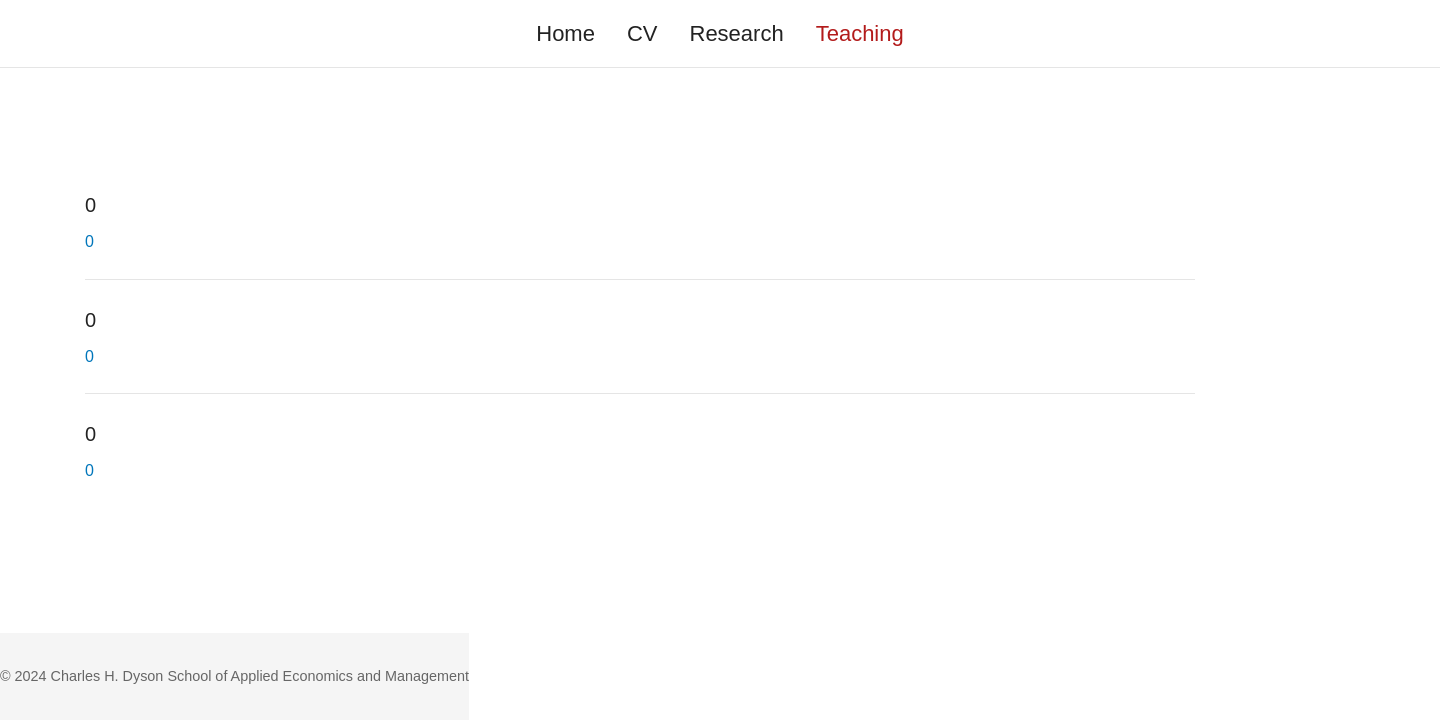
Repository: huang-heavenly-Emperor/k1_project
Page: teaching.html
An editor plug-in stored every save of this project. The page is shown before and after a run of saves, followed by the edit.
The browser window is 1280 px wide. The page is 1440 px wide, so the pictures cover 1440 px, including what lies to the right of the window. The pictures show the whole page.

Above is the page before, as saved 2024-11-17 15:39:34.

### teaching.html
<!DOCTYPE html>
<html lang="en">

<head>
    <meta charset="UTF-8">
    <meta name="viewport" content="width=device-width, initial-scale=1.0">
    <title>Teaching - Cornell University</title>
    <link rel="stylesheet" href="reset.css">
    <link rel="stylesheet" href="common.css">
    <link rel="stylesheet" href="teaching.css">
</head>

<body>
    <header class="site-header">
        <nav class="main-nav">
            <div class="nav-container">
                <ul class="nav-list">
                    <li><a href="./index.html">Home</a></li>
                    <li><a href="./CV_ShanjunLi_Fall2024.pdf" target="_blank">CV</a></li>
                    <li><a href="./research.html">Research</a></li>
                    <li><a href="./teaching.html" class="active">Teaching</a></li>
                </ul>
            </div>
        </nav>
    </header>

    <main class="main-container">
        <section class="courses">
            <div class="course-item">
                <h2>0</h2>
                <a href="#" class="syllabus-link">0</a>
                <!-- <h2>Econometrics I (PhD)</h2>
                <a href="#" class="syllabus-link">Syllabus</a> -->
            </div>

            <div class="course-item">
                <h2>0</h2>
                <a href="#" class="syllabus-link">0</a>
                <!-- <h2>Environmental Economics (UG)</h2>
                <a href="#" class="syllabus-link">Syllabus</a> -->
            </div>

            <div class="course-item">
                <h2>0</h2>
                <a href="#" class="syllabus-link">0</a>
                <!-- <h2>Second-year Research Project for Dyson PhD Students</h2>
                <a href="#" class="syllabus-link">Syllabus</a> -->
            </div>
        </section>
    </main>

    <footer class="footer">
        <div class="footer-container">
            <p>© 2024 Charles H. Dyson School of Applied Economics and Management</p>
        </div>
    </footer>
    <script>
        function openCV() {
            window.open('./CV_ShanjunLi_Fall2024.pdf', '_blank');
        }
    </script>
</body>

</html>

### reset.css
*, *::before, *::after {
    margin: 0;
    padding: 0;
    box-sizing: border-box;
}

html, body {
    height: 100%;
    font-size: 16px;
    line-height: 1.5;
    -webkit-font-smoothing: antialiased;
    -moz-osx-font-smoothing: grayscale;
}

body {
    font-family: Arial, sans-serif;
    color: #333;
}

ul, ol {
    list-style: none;
}

a {
    text-decoration: none;
    color: inherit;
}

img {
    max-width: 100%;
    height: auto;
    display: block;
}

button, input, select, textarea {
    font: inherit;
    color: inherit;
}

h1, h2, h3, h4, h5, h6 {
    font-size: inherit;
    font-weight: inherit;
}

### common.css
body{
  display: flex;
  flex-direction: column;
  align-items: start;
  min-height: 100vh;
  justify-content: space-between;
}

.site-header {
  position: relative;
  width: 1440px;
  height: max-content;
  margin: 0 auto 20px;
  overflow: hidden;

}

.banner {
  height: 320px;
  overflow: hidden;
  position: relative;
}

.banner img {
  width: 100%;
  height: 100%;
  object-fit: cover;
}

nav {
  background-color: var(--background-color);
  border-bottom: 1px solid var(--border-color);

}

nav ul {
  display: flex;
  justify-content: center;
  align-items: center;
  gap: 2rem;
  padding: 1rem 0;
  list-style: none;
}

nav a {
  text-decoration: none;
  color: var(--text-color);
  font-weight: 500;
  font-size: 22px;
  padding: 0.5rem 0;
  transition: color 0.3s;
}

nav a:hover,
nav a.active {
  color: var(--primary-color);
}

@media (max-width: 768px) {
    .site-header {
        width: 100%;
    }

    nav ul {
        flex-direction: column;
        align-items: center;
    }

    nav a {
        font-size: 18px;
    }
}

### teaching.css
:root {
    --primary-color: #B31B1B;
    --text-color: #222;
    --link-color: #0076BB;
    --background-color: #fff;
    --border-color: #e5e5e5;
}

body {
    font-family: Arial, sans-serif;
    line-height: 1.6;
    color: var(--text-color);
    background-color: var(--background-color);
}

.main-container {
    width: 1150px;
    padding: 0 20px;
    margin: 50px auto;
}



.course-item {
    padding: 1.5rem 0;
    border-bottom: 1px solid var(--border-color);
}

.course-item:last-child {
    border-bottom: none;
}

.course-item h2 {
    font-size: 1.25rem;
    font-weight: 500;
    margin-bottom: 0.5rem;
}

.syllabus-link {
    color: var(--link-color);
    text-decoration: none;
    font-weight: 500;
    transition: color 0.3s;
}

.syllabus-link:hover {
    color: var(--primary-color);
}

.footer {
    background-color: #f5f5f5;
    padding: 2rem 0;
    margin-top: 3rem;
    text-align: center;
    font-size: 0.9rem;
    color: #666;
}

@media (max-width: 768px) {
    .banner {
        height: 300px;
    }

    .nav-list {
        flex-wrap: wrap;
        justify-content: center;
        gap: 1rem;
    }

    .course-item h2 {
        font-size: 1.2rem;
    }

    .main-container {
        padding: 0 10px;
    }
}

@media (max-width: 480px) {
    .banner {
        height: 200px;
    }
}

After the next 2 saves:
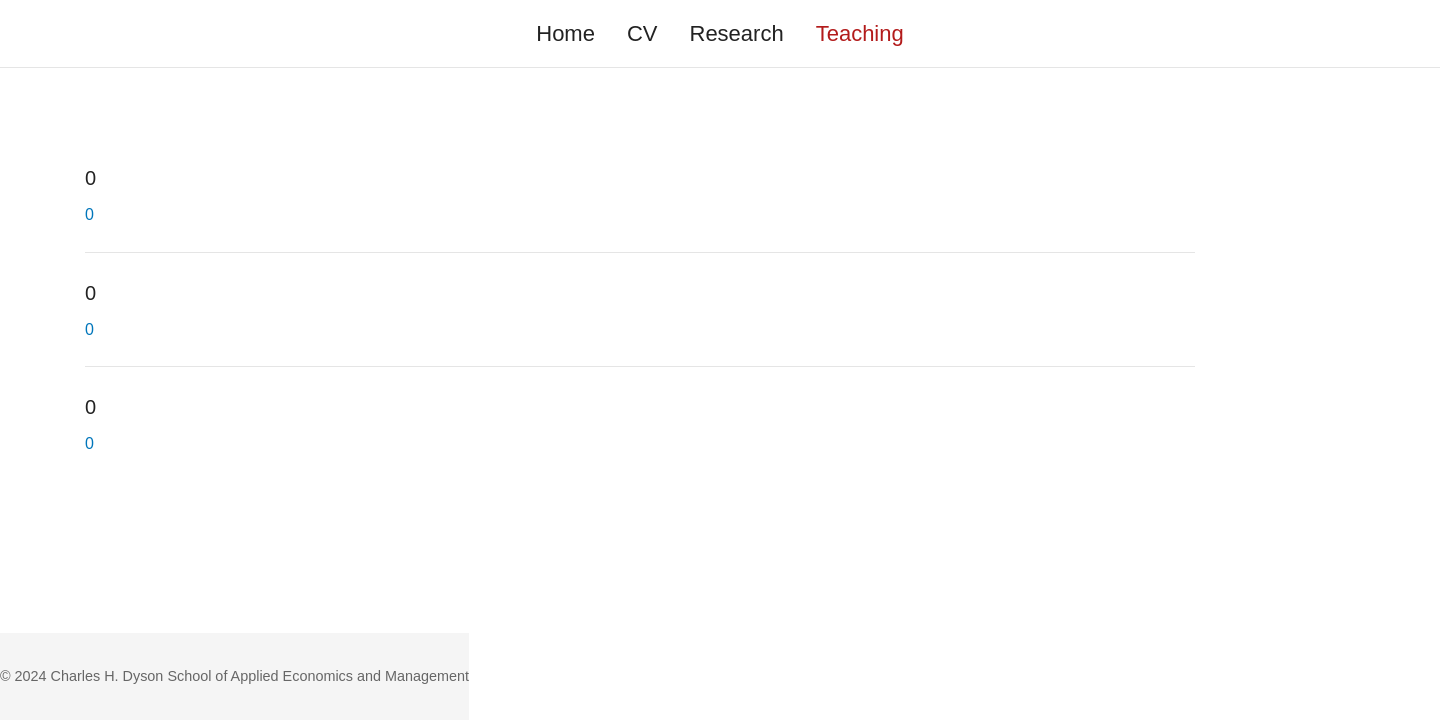
The 2 saves are shown as one change because they came seconds apart.
The last was saved 22 s later.
--- a/teaching.css
+++ b/teaching.css
@@ -17,6 +17,7 @@ body {
     width: 1150px;
     padding: 0 20px;
     margin: 50px auto;
+    margin-bottom: auto;
 }
 
 
